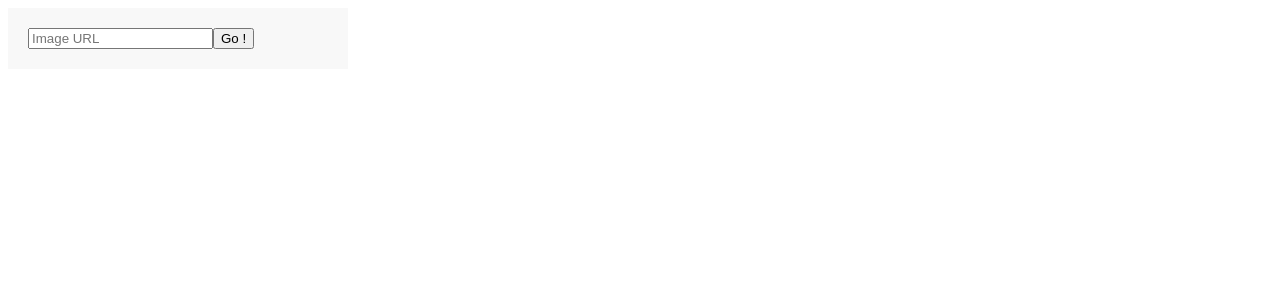
Repository: MascarenhasLF/extension-images
Page: index.html
The author's editor kept a copy of each file at every save. The page is drawn from the files as they stood at one save, then again after a run of saves.
The browser window is 1280 px wide. The pictures show the whole page.

Above is the page before, as saved 2022-08-04 10:08:27.

### index.html
<!DOCTYPE html>
<html lang="en">
<head>
    <meta charset="UTF-8">
    <link rel="stylesheet" href="style.css">
</head>
<body>

    <form>
        <input type="text" class="input" placeholder="Image URL">
        <button class="button">Go !</button>
    </form>
</body>
</html>

### style.css
form {
    background-color: #f8f8f8;
    width: 300px;
    display: flex;
    padding: 20px;
}

After the next 4 saves:
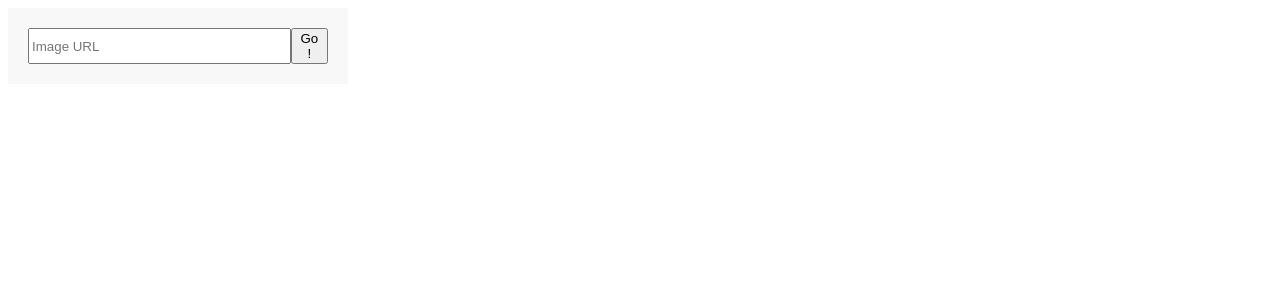
The 4 saves are shown as one change because they came seconds apart.
The last was saved 12 s later.
--- a/style.css
+++ b/style.css
@@ -4,3 +4,7 @@ form {
     display: flex;
     padding: 20px;
 }
+
+.input {
+    width: 100%;
+}
